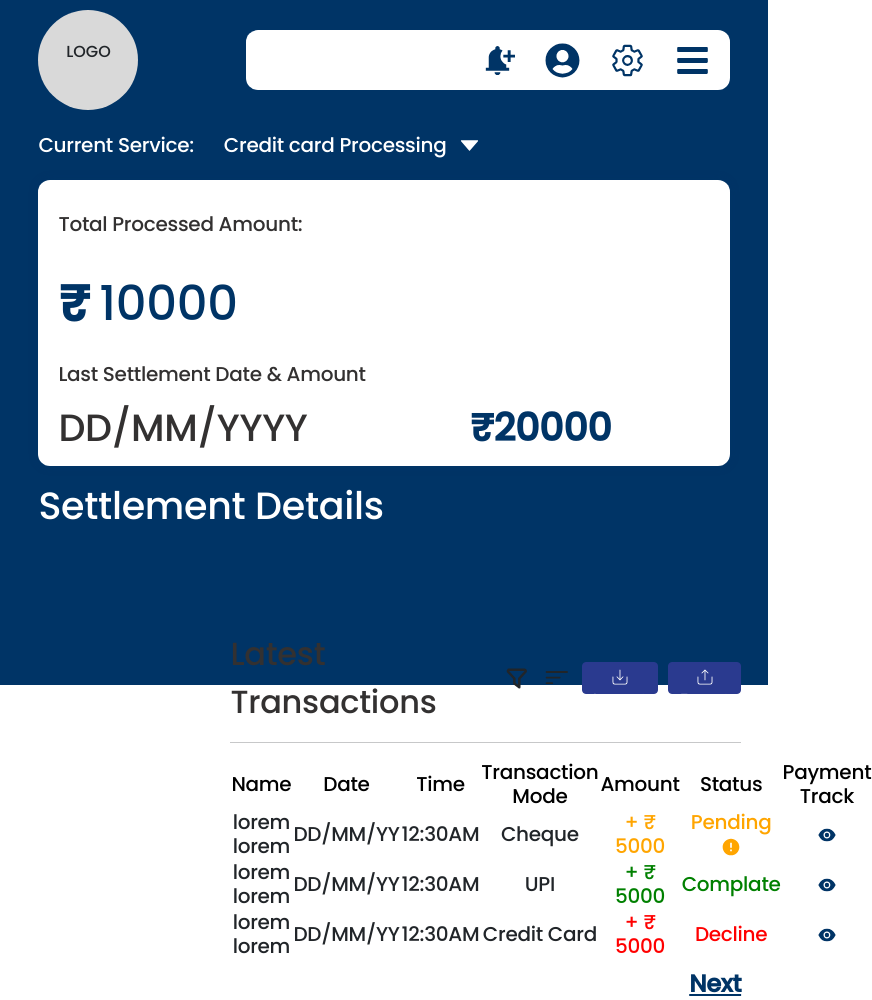
Repository: FlyweisReact/Prashant
Page: /dashboard
An editor plug-in stored every save of this project. The page is shown before and after a run of saves, followed by the edit.
The browser window is 768 px wide. The page is 872 px wide, so the pictures cover 872 px, including what lies to the right of the window. The pictures show the whole page.
Some web libraries are served in a nearby version. The project was rebuilt for these pictures with package versions that can differ from the ones it lists, and the page was loaded fresh each time. Also part of the build but not shown: src/Pages/CryptoPayment.jsx, src/Pages/CurrentCharge.jsx, src/Styles/Login.module.css, src/Components/Login/LoginFirstSection.jsx, src/Components/Login/LoginMainSection.jsx, src/Pages/Login.jsx, src/Pages/MatureFund.jsx, src/Pages/OpenBanking.jsx and 12 more.

Above is the page before, as saved 2023-03-23 18:32:44.

After the next 2 saves:
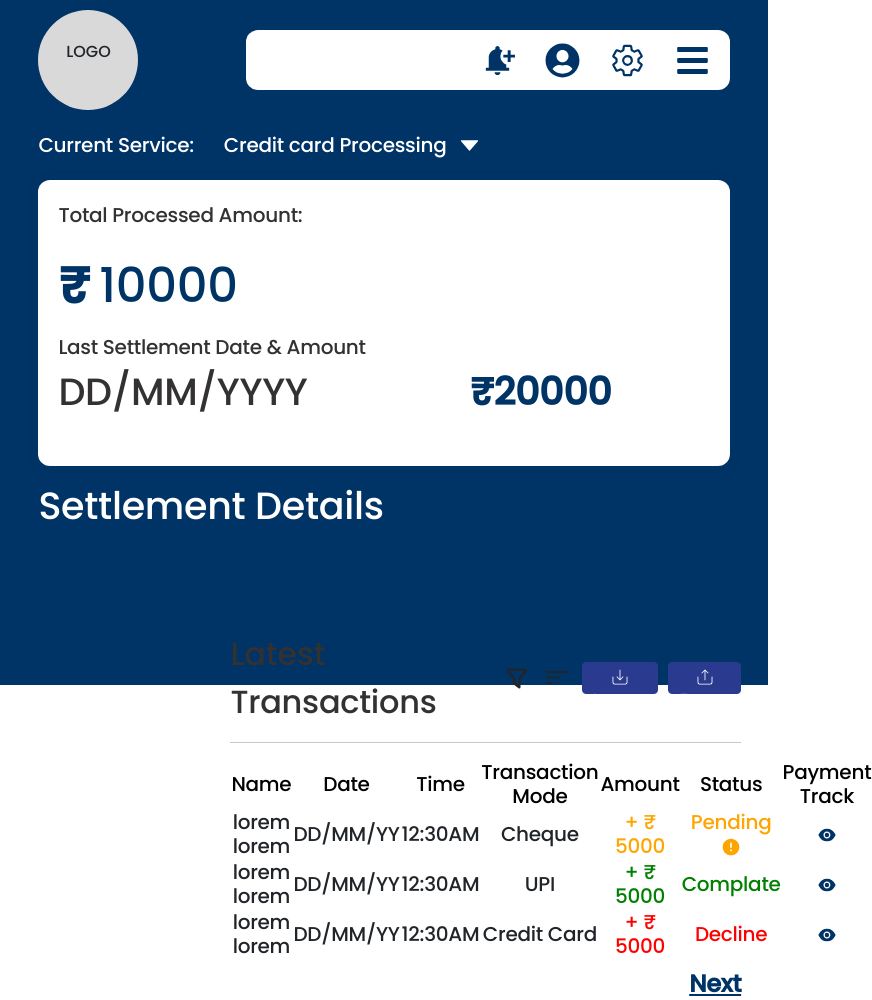
The 2 saves are shown as one change because they came seconds apart.
The last was saved 6 s later.
--- a/src/Styles/TotalAmountSection.module.css
+++ b/src/Styles/TotalAmountSection.module.css
@@ -83,7 +83,7 @@ color: #003466;
     }
     .MainDiv>h1{
         font-size: 20px;
-        iin
+        line-height: normal;
     }
 
 }
